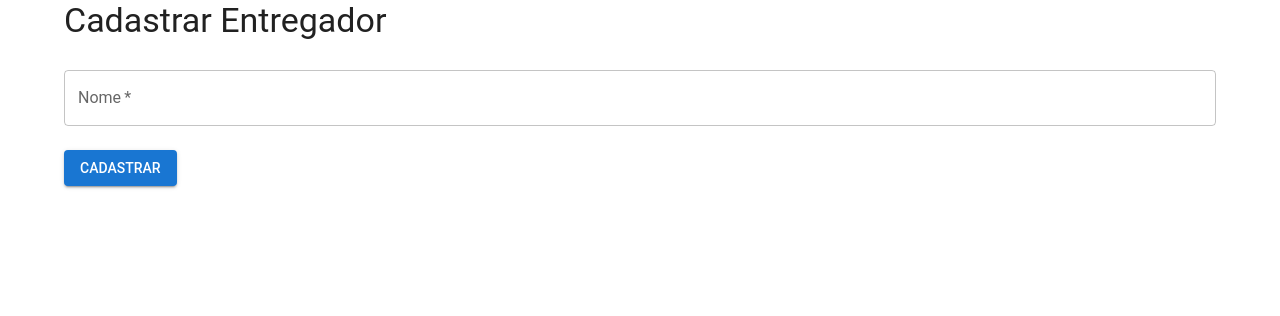
Repository: feliperanon/mobilegestao
Page: /add-entregador (app in frontend/)
The author's editor kept a copy of each file at every save. The page is drawn from the files as they stood at one save, then again after the next save.
The browser window is 1280 px wide. The pictures show the whole page.
The page's requests for data from a server got no answer. The project was rebuilt for these pictures with package versions that can differ from the ones it lists, and the page was loaded fresh each time. No one was signed in, and anything a server would have sent is missing. Also part of the build but not shown: frontend/webpack.config.js, frontend/src/pages/Home.js, frontend/src/pages/History.js, frontend/src/pages/Analysis.js, frontend/src/components/Dashboard.js, frontend/src/components/Login.js, frontend/src/components/Register.js, frontend/src/components/AddStatus.js.

Above is the page before, as saved 2024-07-14 16:23:40.

After the next save:
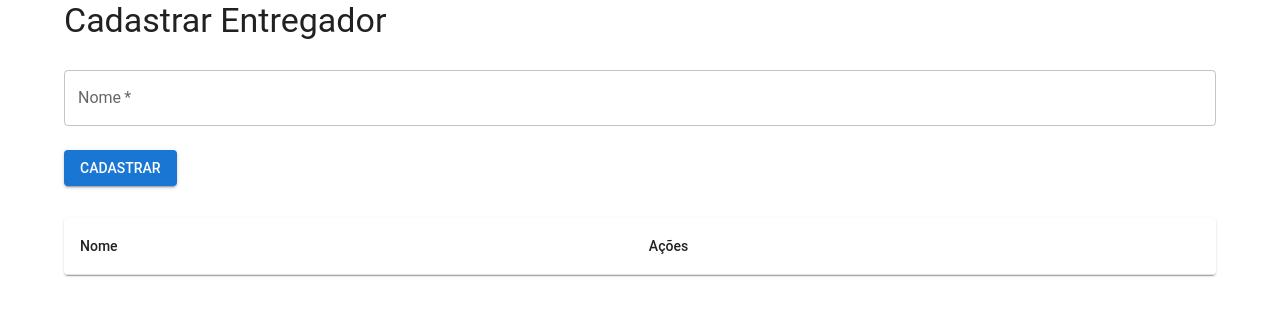
Saved 22 s later.
--- a/frontend/src/components/AddEntregador.js
+++ b/frontend/src/components/AddEntregador.js
@@ -1,21 +1,66 @@
 // frontend/src/components/AddEntregador.js
 
-import React, { useState } from 'react';
+import React, { useState, useEffect } from 'react';
 import axios from 'axios';
-import { Container, Typography, TextField, Button, Box } from '@mui/material';
+import { Container, Typography, TextField, Button, Box, Table, TableBody, TableCell, TableContainer, TableHead, TableRow, Paper, IconButton } from '@mui/material';
+import { Edit, Delete, Block } from '@mui/icons-material';
 
 const AddEntregador = () => {
   const [nome, setNome] = useState('');
+  const [entregadores, setEntregadores] = useState([]);
+  const [editingId, setEditingId] = useState(null);
+
+  const fetchEntregadores = async () => {
+    const res = await axios.get('http://localhost:5008/api/lists/entregadores');
+    setEntregadores(res.data);
+  };
+
+  useEffect(() => {
+    fetchEntregadores();
+  }, []);
 
   const handleSubmit = async (e) => {
     e.preventDefault();
     try {
-      await axios.post('http://localhost:5008/api/lists/entregadores', { nome });
+      if (editingId) {
+        await axios.put(`http://localhost:5008/api/lists/entregadores/${editingId}`, { nome });
+        setEditingId(null);
+      } else {
+        await axios.post('http://localhost:5008/api/lists/entregadores', { nome });
+      }
       setNome('');
-      alert('Entregador cadastrado com sucesso!');
+      fetchEntregadores();
+      alert('Entregador cadastrado/editado com sucesso!');
     } catch (err) {
       console.error(err);
-      alert('Erro ao cadastrar entregador.');
+      alert('Erro ao cadastrar/editando entregador.');
+    }
+  };
+
+  const handleEdit = (id, currentNome) => {
+    setNome(currentNome);
+    setEditingId(id);
+  };
+
+  const handleDelete = async (id) => {
+    try {
+      await axios.delete(`http://localhost:5008/api/lists/entregadores/${id}`);
+      fetchEntregadores();
+      alert('Entregador excluído com sucesso!');
+    } catch (err) {
+      console.error(err);
+      alert('Erro ao excluir entregador.');
+    }
+  };
+
+  const handleDeactivate = async (id) => {
+    try {
+      await axios.patch(`http://localhost:5008/api/lists/entregadores/${id}/deactivate`);
+      fetchEntregadores();
+      alert('Entregador desativado com sucesso!');
+    } catch (err) {
+      console.error(err);
+      alert('Erro ao desativar entregador.');
     }
   };
 
@@ -34,9 +79,37 @@ const AddEntregador = () => {
           margin="normal"
         />
         <Button type="submit" variant="contained" color="primary" sx={{ mt: 2 }}>
-          Cadastrar
+          {editingId ? 'Editar' : 'Cadastrar'}
         </Button>
       </Box>
+      <TableContainer component={Paper}>
+        <Table>
+          <TableHead>
+            <TableRow>
+              <TableCell>Nome</TableCell>
+              <TableCell>Ações</TableCell>
+            </TableRow>
+          </TableHead>
+          <TableBody>
+            {entregadores.map((entregador) => (
+              <TableRow key={entregador._id}>
+                <TableCell>{entregador.nome}</TableCell>
+                <TableCell>
+                  <IconButton onClick={() => handleEdit(entregador._id, entregador.nome)}>
+                    <Edit />
+                  </IconButton>
+                  <IconButton onClick={() => handleDelete(entregador._id)}>
+                    <Delete />
+                  </IconButton>
+                  <IconButton onClick={() => handleDeactivate(entregador._id)}>
+                    <Block />
+                  </IconButton>
+                </TableCell>
+              </TableRow>
+            ))}
+          </TableBody>
+        </Table>
+      </TableContainer>
     </Container>
   );
 };
